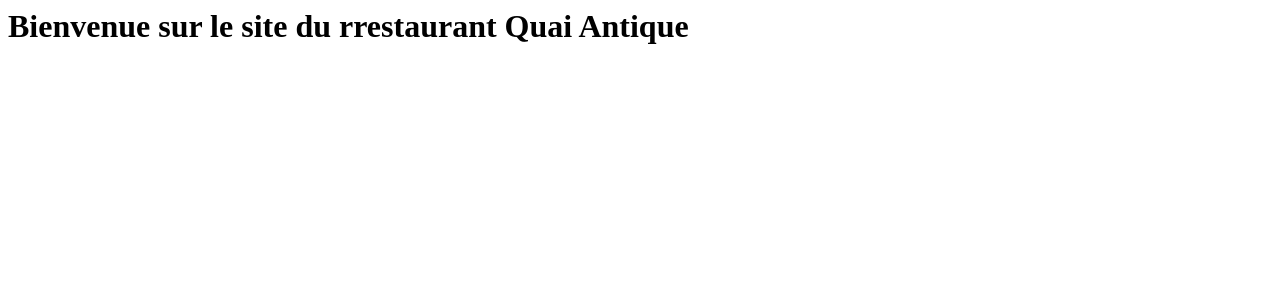
Repository: lemonhao9/QuaiAntiqueRestaurantFront
Page: pages/home.html
These files come from the project's save history. The page is drawn as it stood at one moment and after the next save; the edit follows.
The browser window is 1280 px wide. The pictures show the whole page.

Above is the page before, as saved 2025-01-20 18:46:17.

After the next save:
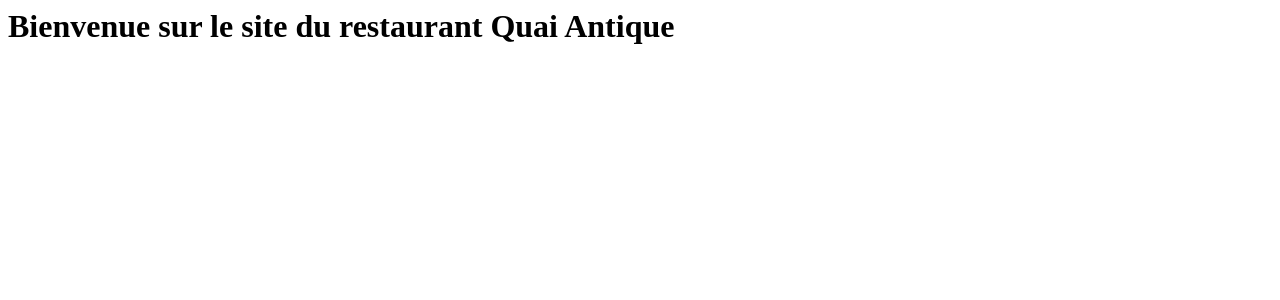
Saved 24 s later.
--- a/pages/home.html
+++ b/pages/home.html
@@ -1 +1 @@
-<h1>Bienvenue sur le site du rrestaurant Quai Antique</h1>
+<h1>Bienvenue sur le site du restaurant Quai Antique</h1>
